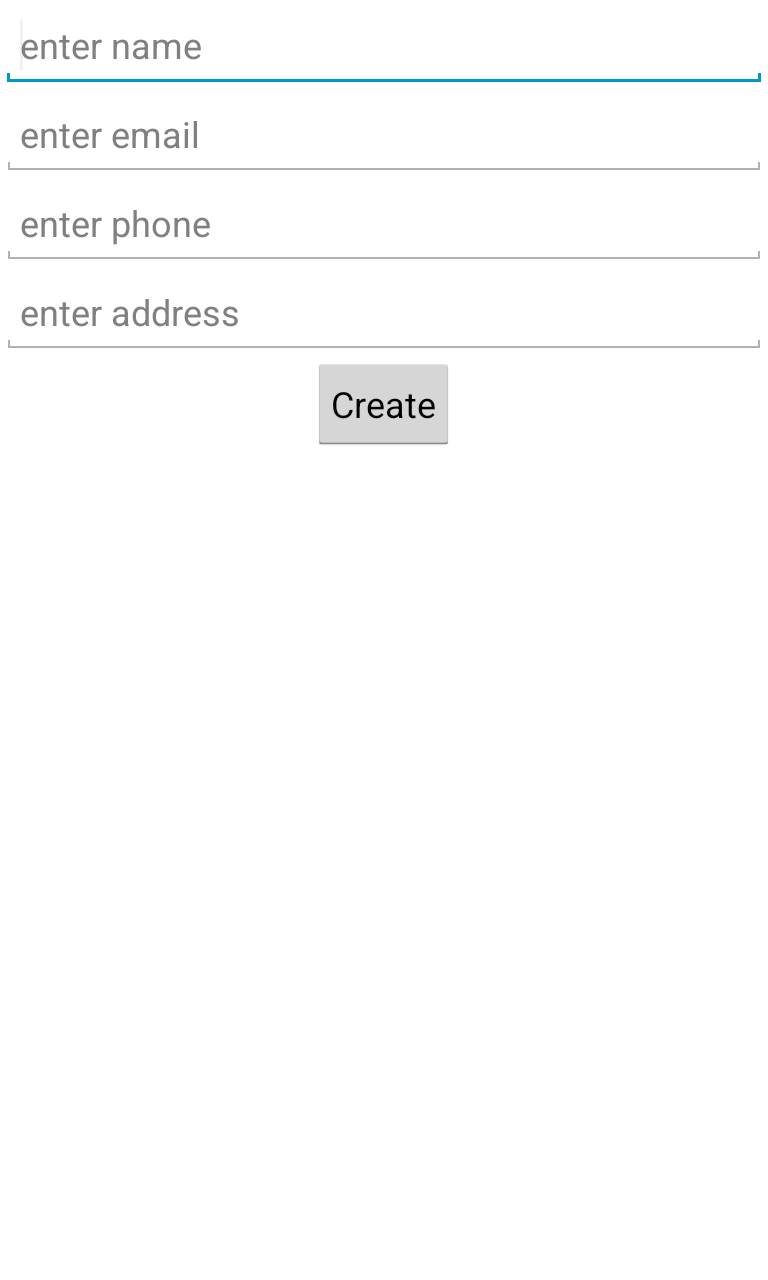
Repository: droidexample/some-practises-sample-example
Layout: VollayWebServiceDemo/res/layout/activity_main.xml
These files come from the project's save history. The layout is drawn as it stood at one moment and after the next save; the edit follows.
It is drawn on a 768 x 1280 px phone screen (xhdpi) without system bars, with theme AppTheme; the app's code is not run.

Above is the layout before, as saved 2015-06-20 18:56:05.

After the next save:
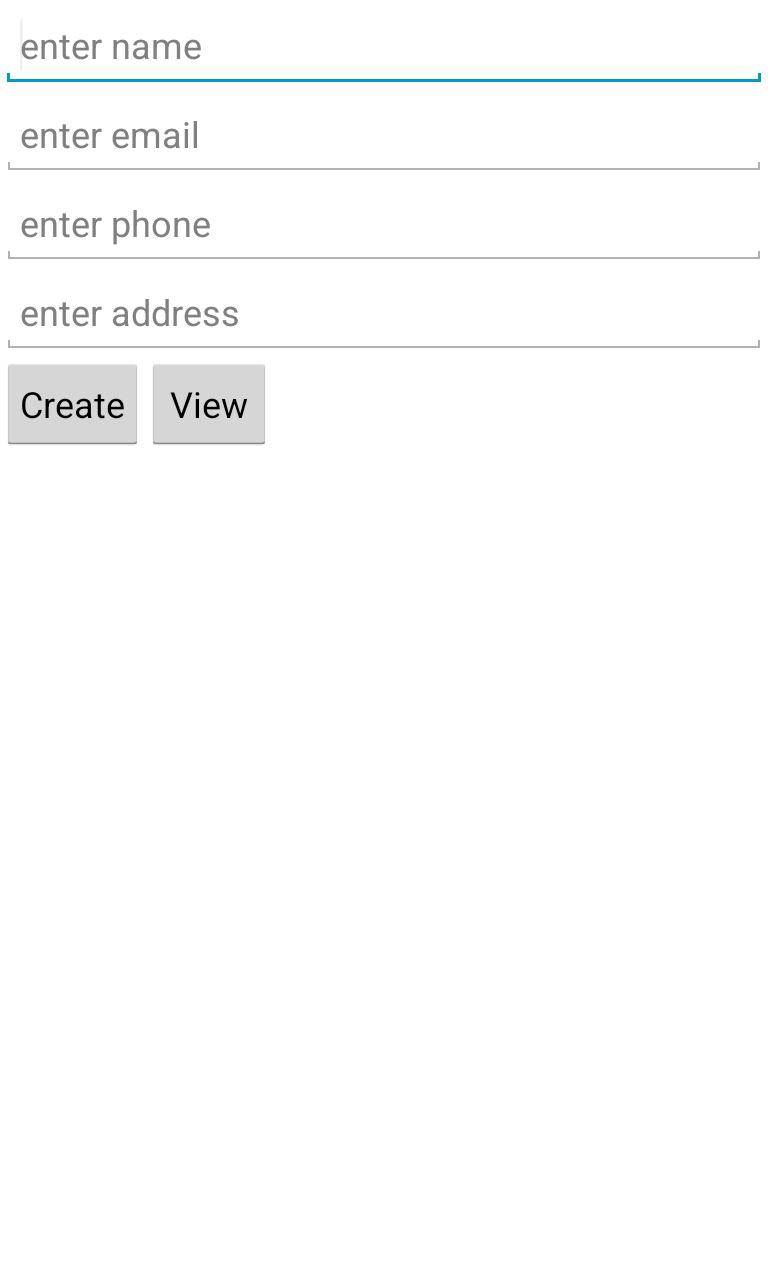
Saved 90 s later.
--- a/VollayWebServiceDemo/res/layout/activity_main.xml
+++ b/VollayWebServiceDemo/res/layout/activity_main.xml
@@ -43,13 +43,27 @@
         android:inputType="textPersonName"
         android:padding="10dp" />
 
-    <Button
-        android:id="@+id/btnCreate"
-        android:layout_width="wrap_content"
-        android:layout_height="wrap_content"
-        android:layout_gravity="center"
-        android:onClick="create"
-        android:padding="10dp"
-        android:text="Create" />
+    <LinearLayout
+        android:layout_width="match_parent"
+        android:layout_height="wrap_content" >
+
+        <Button
+            android:id="@+id/btnCreate"
+            android:layout_width="wrap_content"
+            android:layout_height="wrap_content"
+            android:layout_gravity="center"
+            android:onClick="create"
+            android:padding="10dp"
+            android:text="Create" />
+
+        <Button
+            android:id="@+id/btnCreate"
+            android:layout_width="wrap_content"
+            android:layout_height="wrap_content"
+            android:layout_gravity="center"
+            android:onClick="show"
+            android:padding="10dp"
+            android:text="View" />
+    </LinearLayout>
 
 </LinearLayout>
